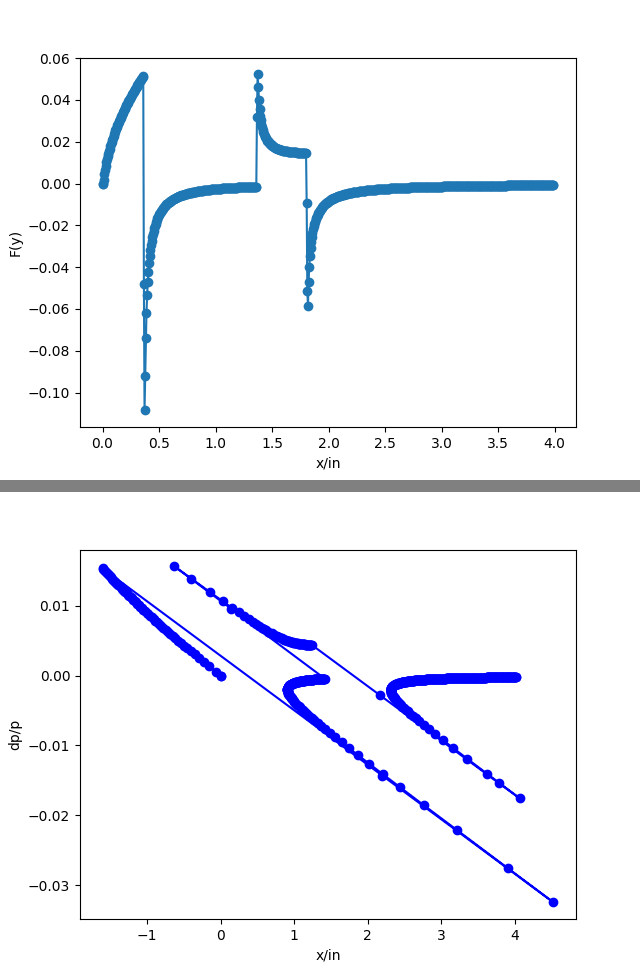
Repository: leiradom/Modified-linear-theory
Script's output: python Ffunction.py
These files come from the project's save history. The script's output is drawn as it stood at one moment and after the next save; the edit follows.
Each picture stacks the figures in order, with grey between them; figures that are only written to a file come last. Random numbers start from a fixed seed.

Above is the script's output before, as saved 2021-04-17 23:53:06.

### Ffunction.py
#本程序实现求解无升力构型的F函数
#同时求解出未经修正的压力信号
#F函数是无量纲的

import math
import numpy as np
import matplotlib.pyplot as plt


M = 1.26                    #输入马赫数
P0 = 101325                 #输入大气静压
gama = 1.4                  #比热比
B = math.sqrt(M * M - 1)    #修正因子
k = (1 / math.sqrt(2)) * (gama + 1) * M**4 * B**(-1.5)   #特征性系数k
r0 = 36                      #r0为计算的位置  DWB为63.072  model1为20 2、3为10
con = (gama * M**2)/(math.sqrt(2 * B * r0))   #最后用来求压力的

volume = np.loadtxt("se.txt",dtype=np.float64)   #存放体积分布的数据文件
#Lift = np.loadtxt("volume.txt",dtype=np.float64)    #存放升力分布的数据文件
#cau = np.loadtxt("cauchy.txt",dtype=np.float64)      #积分含有哑元的存放

a = len(volume)        #a为b的长度
#print(a)              #检查文件长度

X = np.ones(a)     #存放x的数组
Y = np.ones(a)     #存放y的数组
Y0 = np.ones(a)    #存放含哑元的表达式的值


#提取体积分布数据中的两列数据
for i in range(0,a):
    c = volume[i][0]
    d = volume[i][1]
    #ca = cau[i][1]
    X[i] = c
    Y[i] = d
    #Y0[i] = ca

#print(X)
#print(Y)

#通过变上限积分求解F函数，积分使用梯形公式
F = np.ones(a, dtype=np.float64)   #产生一个长度为a的初始化数组
X1 = np.ones(a, dtype=np.float64)
delta_P = np.ones(a, dtype=np.float64)
X1[0] = 0.0        #强制F的第一个值为0
delta_P[0] = 0.0   #强制F的第一个值为0
F[0] = 0.0         #强制F的第一个值为0


for i in range(1,a):
    #----内层积分，积到x----#
    s = 0
    for j in range(0,i-1):
        s0 = (Y[j+1] * (1 / math.sqrt(X[i]-X[j+1])) + Y[j] * (1 / math.sqrt(X[i]-X[j]))) \
        * (X[j + 1] - X[j]) / (2)
        s = s0 + s
    #------------------#
    F[i] = (1/(2 * math.pi)) * s
    #求dp/p的值
    delta_P[i] = con * F[i]
    #扭曲后的x的值为x1
    X1[i] = (B * r0 - k * F[i] * math.sqrt(r0) + X[i])
    print(X[i],F[i])
    #print(X1[i]-B * r0,delta_P[i])
    #------------------#



#将计算结果输出


#绘制F函数的图像
plt.plot(X, F,'-o')
plt.xlabel("x/in")
plt.ylabel('F(y)')
plt.show()




X0 = np.zeros(a)
for i in range(1,a):
    X0[i] = X1[i] - B * r0

#绘制未修正的过压的图像
plt.plot(X0, delta_P,'-o',c='b')
plt.xlabel("x/in")
plt.ylabel('dp/p')
plt.show()



for i in range(1,a):
    print(X0[i],delta_P[i])

#delta_P = np.ones[a]    #储存过压的数组
#delta_P[i] = P0 * ((gama * M * M)/(math.sqrt(2 * B * r0))) * F[i]

### se.txt
0.0 0.0
0.005714286 0.30801370945724993
0.01142857 0.3080137401698125
0.01714286 0.308013525181875
0.02285714 0.3080126038050004
0.02857143 0.30801690356374983
0.03428571 0.3080101468000002
0.04 0.3080162893124998
0.04571429 0.3080101467999994
0.05142857 0.30801628931250147
0.05714286 0.3080132180562471
0.06285714 0.3080162893125048
0.06857143 0.30801014679999605
0.07428571 0.30801628931250147
0.08 0.3080132180562471
0.08571428 0.308007075543745
0.09142857 0.3080162893125048
0.09714286 0.30801628931249814
0.1028571 0.3080162893125048
0.1085714 0.30801628931249814
0.1142857 0.30801628931249814
0.12 0.307985576750001
0.1257143 0.3080470018749953
0.1314286 0.307985576750001
0.1371429 0.3080470018750086
0.1428571 0.30798557674998767
0.1485714 0.30801628931251146
0.1542857 0.3080470018750086
0.16 0.30798557674998767
0.1657143 0.3080162893125248
0.1714286 0.3080162893124715
0.1771429 0.3079855767500143
0.1828571 0.3080470018750086
0.1885714 0.30801628931249814
0.1942857 0.30798557674998767
0.2 0.3080470018750086
0.2057143 0.30798557674998767
0.2114286 0.3080162893125248
0.2171429 0.30804700187498196
0.2228571 0.3079855767500143
0.2285714 0.30801628931249814
0.2342857 0.30801628931244485
0.24 0.30801628931255143
0.2457143 0.30801628931249814
0.2514286 0.3081084270000029
0.2571429 0.3077398762499838
0.2628571 0.30835412750003344
0.2685714 0.3077398762499838
0.2742857 0.30804700187498196
0.28 0.30804700187498196
0.2857143 0.30804700187503525
0.2914286 0.30804700187498196
0.2971429 0.30804700187503525
0.3028571 0.30804700187498196
0.3085714 0.3077398762499838
0.3142857 0.30835412749998015
0.32 0.30773987624987725
0.3257143 0.30804700187503525
0.3314286 0.3083541275000867
0.3371429 0.30773987624987725
0.3428571 0.30804700187503525
0.3485714 0.3077398762499838
0.3542857 0.3083541275000867
0.36 -16.25278094937507
0.3657143 -2.998160351249989
0.3714286 0.0
0.3771429 0.0
0.3828571 0.0
0.3885714 0.0
0.3942857 0.0
0.4 0.0
0.4057143 0.0
0.4114286 0.0
0.4171429 0.0
0.4228571 0.0
0.4285714 0.0
0.4342857 0.0
0.44 0.0
0.4457143 0.0
0.4514286 0.0
0.4571429 0.0
0.4628571 0.0
0.4685714 0.0
0.4742857 0.0
0.48 0.0
0.4857143 0.0
0.4914286 0.0
0.4971429 0.0
0.5028571 0.0
0.5085714 0.0
0.5142857 0.0
0.52 0.0
0.5257143 0.0
0.5314286 0.0
0.5371429 0.0
0.5428571 0.0
0.5485714 0.0
0.5542857 0.0
0.56 0.0
0.5657143 0.0
0.5714286 0.0
0.5771429 0.0
0.5828571 0.0
0.5885714 0.0
0.5942857 0.0
0.6 0.0
0.6057143 0.0
0.6114286 0.0
0.6171429 0.0
0.6228571 0.0
0.6285714 0.0
0.6342857 0.0
0.64 0.0
0.6457143 0.0
0.6514286 0.0
0.6571429 0.0
0.6628571 0.0
0.6685714 0.0
0.6742857 0.0
0.68 0.0
0.6857143 0.0
0.6914286 0.0
0.6971428 0.0
0.7028571 0.0
0.7085714 0.0
0.7142857 0.0
0.72 0.0
0.7257143 0.0
0.7314286 0.0
0.7371428 0.0
0.7428571 0.0
0.7485714 0.0
0.7542857 0.0
0.76 0.0
0.7657143 0.0
0.7714286 0.0
0.7771428 0.0
0.7828571 0.0
0.7885714 0.0
0.7942857 0.0
0.8 0.0
0.8057143 0.0
0.8114286 0.0
0.8171428 0.0
0.8228571 0.0
0.8285714 0.0
0.8342857 0.0
0.84 0.0
0.8457143 0.0
0.8514286 0.0
0.8571428 0.0
0.8628571 0.0
0.8685714 0.0
0.8742857 0.0
0.88 0.0
0.8857143 0.0
0.8914286 0.0
0.8971428 0.0
0.9028571 0.0
0.9085714 0.0
0.9142857 0.0
0.92 0.0
0.9257143 0.0
0.9314286 0.0
0.9371428 0.0
0.9428571 0.0
0.9485714 0.0
0.9542857 0.0
0.96 0.0
0.9657143 0.0
0.9714286 0.0
0.9771428 0.0
0.9828571 0.0
0.9885714 0.0
0.9942857 0.0
1.0 0.0
1.005714 0.0
1.011429 0.0
1.017143 0.0
1.022857 0.0
1.028571 0.0
1.034286 0.0
1.04 0.0
1.045714 0.0
1.051429 0.0
1.057143 0.0
1.062857 0.0
1.068571 0.0
1.074286 0.0
1.08 0.0
1.085714 0.0
1.091429 0.0
1.097143 0.0
1.102857 0.0
1.108571 0.0
1.114286 0.0
1.12 0.0
1.125714 0.0
1.131429 0.0
1.137143 0.0
1.142857 0.0
1.148571 0.0
1.154286 0.0
1.16 0.0
1.165714 0.0
1.171429 0.0
1.177143 0.0
1.182857 0.0
1.188571 0.0
1.194286 0.0
1.2 0.0
1.205714 0.0
1.211429 0.0
1.217143 0.0
1.222857 0.0
1.228571 0.0
1.234286 0.0
1.24 0.0
1.245714 0.0
1.251429 0.0
1.257143 0.0
1.262857 0.0
1.268571 0.0
1.274286 0.0
1.28 0.0
1.285714 0.0
1.291429 0.0
1.297143 0.0
1.302857 0.0
1.308571 0.0
1.314286 0.0
1.32 0.0
1.325714 0.0
1.331429 0.0
1.337143 0.0
1.342857 0.0
1.348571 0.0
1.354286 0.0
1.36 5.571258837499945
1.365714 1.049141135000056
1.371429 0.03531944687505663
1.377143 0.03501232124989862
1.382857 0.03531944687505663
1.388571 0.035012321250005175
1.394286 0.035319446874950075
1.4 0.035012321250005175
1.405714 0.03531944687505663
1.411429 0.035012321250005175
1.417143 0.035319446874950075
1.422857 0.035012321250005175
1.428571 0.03531944687505663
1.434286 0.03501232124989862
1.44 0.03531944687505663
1.445714 0.035012321250005175
1.451429 0.035319446874950075
1.457143 0.03501232125011173
1.462857 0.035319446874950075
1.468571 0.035319446874950075
1.474286 0.034705195625060276
1.48 0.035626572499894975
1.485714 0.03501232125011173
1.491429 0.03501232124989862
1.497143 0.03531944687516318
1.502857 0.03501232124989862
1.508571 0.035319446874950075
1.514286 0.03531944687505663
1.52 0.035012321250005175
1.525714 0.035012321250005175
1.531429 0.035319446874950075
1.537143 0.03531944687505663
1.542857 0.035012321250005175
1.548571 0.03501232124989862
1.554286 0.03531944687516318
1.56 0.03531944687484352
1.565714 0.03501232125011173
1.571429 0.03501232124989862
1.577143 0.03562657250010808
1.582857 0.03470519562495372
1.588571 0.035319446874950075
1.594286 0.03531944687505663
1.6 0.035012321250005175
1.605714 0.035319446874950075
1.611429 0.03501232125011173
1.617143 0.03501232124989862
1.622857 0.03562657250000153
1.628571 0.034705195625060276
1.634286 0.03562657250000153
1.64 0.03470519562484717
1.645714 0.035626572500214636
1.651429 0.03470519562484717
1.657143 0.035319446874950075
1.662857 0.03531944687516318
1.668571 0.035319446874950075
1.674286 0.034705195625060276
1.68 0.035626572499788414
1.685714 0.03470519562527339
1.691429 0.035626572499788414
1.697143 0.03501232125011173
1.702857 0.03501232124989862
1.708571 0.03531944687516318
1.714286 0.03501232124989862
1.72 0.035319446874950075
1.725714 0.03501232125011173
1.731429 0.035319446874950075
1.737143 0.035319446874950075
1.742857 0.03501232125011173
1.748571 0.03501232124989862
1.754286 0.035319446874950075
1.76 0.03531944687516318
1.765714 0.03470519562484717
1.771429 0.035626572500214636
1.777143 0.03501232124968551
1.782857 0.03501232125032484
1.788571 0.035626572499788414
1.794286 0.034705195625060276
1.8 -3.964991818750001
1.805714 -5.293003021249999
1.811429 0.0
1.817143 0.0
1.822857 0.0
1.828571 0.0
1.834286 0.0
1.84 0.0
1.845714 0.0
1.851429 0.0
1.857143 0.0
1.862857 0.0
1.868571 0.0
1.874286 0.0
1.88 0.0
1.885714 0.0
1.891429 0.0
1.897143 0.0
1.902857 0.0
1.908571 0.0
1.914286 0.0
1.92 0.0
1.925714 0.0
1.931429 0.0
1.937143 0.0
1.942857 0.0
1.948571 0.0
1.954286 0.0
1.96 0.0
1.965714 0.0
1.971429 0.0
1.977143 0.0
1.982857 0.0
1.988571 0.0
1.994286 0.0
2.0 0.0
2.005714 0.0
2.011429 0.0
2.017143 0.0
2.022857 0.0
2.028571 0.0
2.034286 0.0
2.04 0.0
2.045714 0.0
2.051429 0.0
2.057143 0.0
2.062857 0.0
2.068571 0.0
2.074286 0.0
2.08 0.0
2.085714 0.0
2.091429 0.0
2.097143 0.0
2.102857 0.0
2.108571 0.0
2.114286 0.0
2.12 0.0
2.125714 0.0
2.131429 0.0
2.137143 0.0
2.142857 0.0
2.148571 0.0
2.154286 0.0
2.16 0.0
2.165714 0.0
2.171429 0.0
2.177143 0.0
2.182857 0.0
2.188571 0.0
2.194286 0.0
2.2 0.0
2.205714 0.0
2.211429 0.0
2.217143 0.0
2.222857 0.0
2.228571 0.0
2.234286 0.0
2.24 0.0
2.245714 0.0
2.251429 0.0
2.257143 0.0
2.262857 0.0
2.268571 0.0
2.274286 0.0
2.28 0.0
2.285714 0.0
2.291429 0.0
2.297143 0.0
2.302857 0.0
2.308571 0.0
2.314286 0.0
2.32 0.0
2.325714 0.0
2.331429 0.0
2.337143 0.0
2.342857 0.0
2.348571 0.0
2.354286 0.0
2.36 0.0
2.365714 0.0
2.371429 0.0
2.377143 0.0
2.382857 0.0
2.388571 0.0
2.394286 0.0
2.4 0.0
2.405714 0.0
2.411429 0.0
2.417143 0.0
2.422857 0.0
2.428571 0.0
2.434286 0.0
2.44 0.0
2.445714 0.0
2.451429 0.0
2.457143 0.0
2.462857 0.0
2.468571 0.0
2.474286 0.0
2.48 0.0
2.485714 0.0
2.491429 0.0
2.497143 0.0
2.502857 0.0
2.508571 0.0
2.514286 0.0
2.52 0.0
2.525714 0.0
2.531429 0.0
2.537143 0.0
2.542857 0.0
2.548571 0.0
2.554286 0.0
2.56 0.0
2.565714 0.0
2.571429 0.0
2.577143 0.0
2.582857 0.0
2.588571 0.0
2.594286 0.0
2.6 0.0
2.605714 0.0
2.611429 0.0
2.617143 0.0
2.622857 0.0
2.628571 0.0
2.634286 0.0
2.64 0.0
2.645714 0.0
2.651429 0.0
2.657143 0.0
2.662857 0.0
2.668571 0.0
2.674286 0.0
2.68 0.0
2.685714 0.0
2.691429 0.0
2.697143 0.0
2.702857 0.0
2.708571 0.0
2.714286 0.0
2.72 0.0
2.725714 0.0
2.731429 0.0
2.737143 0.0
2.742857 0.0
2.748571 0.0
2.754286 0.0
2.76 0.0
2.765714 0.0
2.771429 0.0
2.777143 0.0
2.782857 0.0
2.788571 0.0
2.794286 0.0
2.8 0.0
2.805714 0.0
2.811429 0.0
2.817143 0.0
2.822857 0.0
2.828571 0.0
2.834286 0.0
2.84 0.0
2.845714 0.0
2.851429 0.0
2.857143 0.0
2.862857 0.0
2.868571 0.0
2.874286 0.0
2.88 0.0
2.885714 0.0
2.891429 0.0
2.897143 0.0
2.902857 0.0
2.908571 0.0
2.914286 0.0
2.92 0.0
2.925714 0.0
2.931429 0.0
2.937143 0.0
2.942857 0.0
2.948571 0.0
2.954286 0.0
2.96 0.0
2.965714 0.0
2.971429 0.0
2.977143 0.0
2.982857 0.0
2.988571 0.0
2.994286 0.0
3.0 0.0
3.005714 0.0
3.011429 0.0
3.017143 0.0
3.022857 0.0
3.028571 0.0
3.034286 0.0
3.04 0.0
3.045714 0.0
3.051429 0.0
3.057143 0.0
3.062857 0.0
3.068571 0.0
3.074286 0.0
3.08 0.0
3.085714 0.0
3.091429 0.0
3.097143 0.0
3.102857 0.0
3.108571 0.0
3.114286 0.0
3.12 0.0
3.125714 0.0
3.131429 0.0
3.137143 0.0
3.142857 0.0
3.148571 0.0
3.154286 0.0
3.16 0.0
3.165714 0.0
3.171429 0.0
3.177143 0.0
3.182857 0.0
3.188571 0.0
3.194286 0.0
3.2 0.0
3.205714 0.0
3.211429 0.0
3.217143 0.0
3.222857 0.0
3.228571 0.0
3.234286 0.0
3.24 0.0
3.245714 0.0
3.251429 0.0
3.257143 0.0
3.262857 0.0
3.268571 0.0
3.274286 0.0
3.28 0.0
3.285714 0.0
3.291429 0.0
3.297143 0.0
3.302857 0.0
3.308571 0.0
3.314286 0.0
3.32 0.0
3.325714 0.0
3.331429 0.0
3.337143 0.0
3.342857 0.0
3.348571 0.0
3.354286 0.0
3.36 0.0
3.365714 0.0
3.371429 0.0
3.377143 0.0
3.382857 0.0
3.388571 0.0
3.394286 0.0
3.4 0.0
3.405714 0.0
3.411429 0.0
3.417143 0.0
3.422857 0.0
3.428571 0.0
3.434286 0.0
3.44 0.0
3.445714 0.0
3.451429 0.0
3.457143 0.0
3.462857 0.0
3.468571 0.0
3.474286 0.0
3.48 0.0
3.485714 0.0
3.491429 0.0
3.497143 0.0
3.502857 0.0
3.508571 0.0
3.514286 0.0
3.52 0.0
3.525714 0.0
3.531429 0.0
3.537143 0.0
3.542857 0.0
3.548571 0.0
3.554286 0.0
3.56 0.0
3.565714 0.0
3.571429 0.0
3.577143 0.0
3.582857 0.0
3.588571 0.0
3.594286 0.0
3.6 0.0
3.605714 0.0
3.611429 0.0
3.617143 0.0
3.622857 0.0
3.628571 0.0
3.634286 0.0
3.64 0.0
3.645714 0.0
3.651429 0.0
3.657143 0.0
3.662857 0.0
3.668571 0.0
3.674286 0.0
3.68 0.0
3.685714 0.0
3.691429 0.0
3.697143 0.0
3.702857 0.0
3.708571 0.0
3.714286 0.0
3.72 0.0
3.725714 0.0
3.731429 0.0
3.737143 0.0
3.742857 0.0
3.748571 0.0
3.754286 0.0
3.76 0.0
3.765714 0.0
3.771429 0.0
3.777143 0.0
3.782857 0.0
3.788571 0.0
3.794286 0.0
3.8 0.0
3.805714 0.0
3.811429 0.0
3.817143 0.0
3.822857 0.0
3.828571 0.0
3.834286 0.0
3.84 0.0
3.845714 0.0
3.851429 0.0
3.857143 0.0
3.862857 0.0
3.868571 0.0
3.874286 0.0
3.88 0.0
3.885714 0.0
3.891429 0.0
3.897143 0.0
3.902857 0.0
3.908571 0.0
3.914286 0.0
3.92 0.0
3.925714 0.0
3.931429 0.0
3.937143 0.0
3.942857 0.0
3.948571 0.0
3.954286 0.0
3.96 0.0
3.965714 0.0
3.971429 0.0
3.977143 0.0
3.982857 0.0
3.988571 0.0

After the next save:
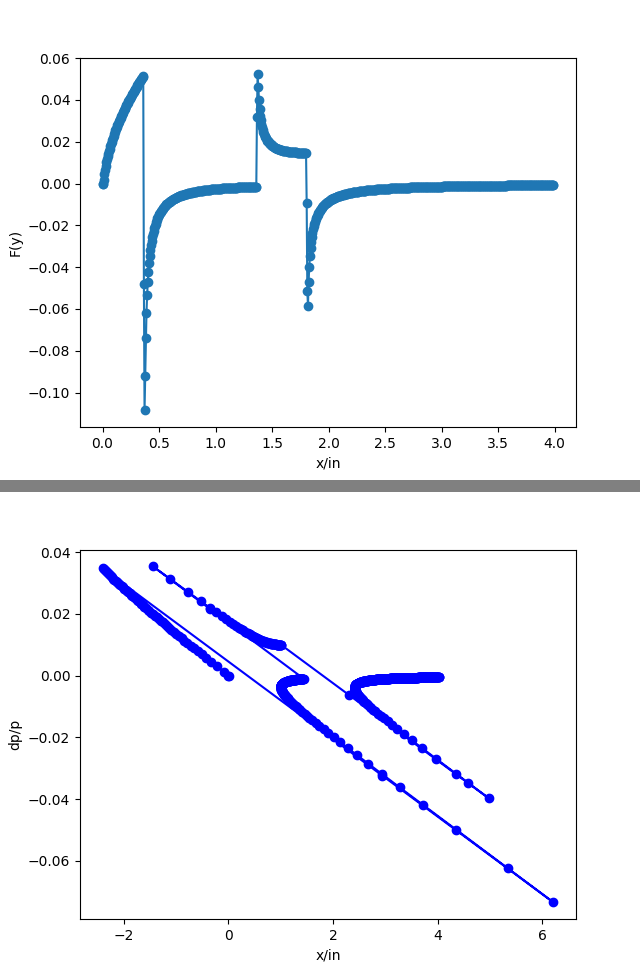
Saved 13 s later.
--- a/Ffunction.py
+++ b/Ffunction.py
@@ -7,12 +7,12 @@ import numpy as np
 import matplotlib.pyplot as plt
 
 
-M = 1.26                    #输入马赫数
+M = 2.01                    #输入马赫数
 P0 = 101325                 #输入大气静压
 gama = 1.4                  #比热比
 B = math.sqrt(M * M - 1)    #修正因子
 k = (1 / math.sqrt(2)) * (gama + 1) * M**4 * B**(-1.5)   #特征性系数k
-r0 = 36                      #r0为计算的位置  DWB为63.072  model1为20 2、3为10
+r0 = 20                      #r0为计算的位置  DWB为63.072  model1为20 2、3为10
 con = (gama * M**2)/(math.sqrt(2 * B * r0))   #最后用来求压力的
 
 volume = np.loadtxt("se.txt",dtype=np.float64)   #存放体积分布的数据文件
